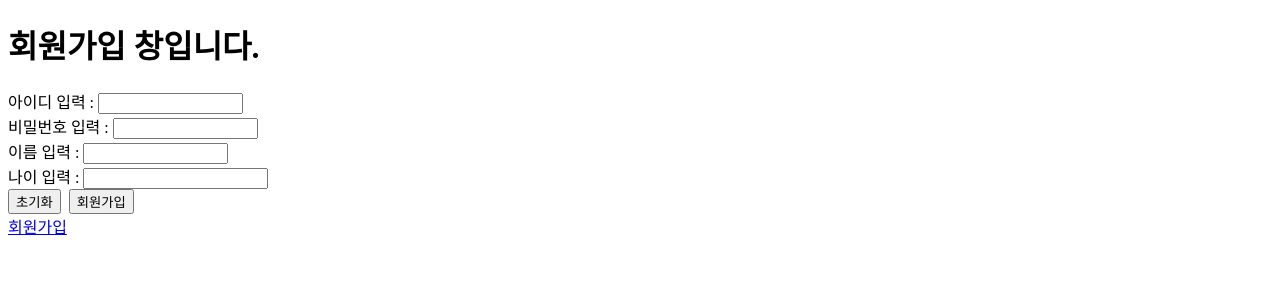
Repository: jungreul97/jsp_pracitce
Page: http://localhost/JSPBasic/JspObject/1.requests/req_join_form.jsp
An editor plug-in stored every save of this project. The page is shown before and after the next save, followed by the edit.
The browser window is 1280 px wide. The pictures show the whole page.
The page is served by Tomcat 9.

Above is the page before, as saved 2022-02-04 02:26:01.

After the next save:
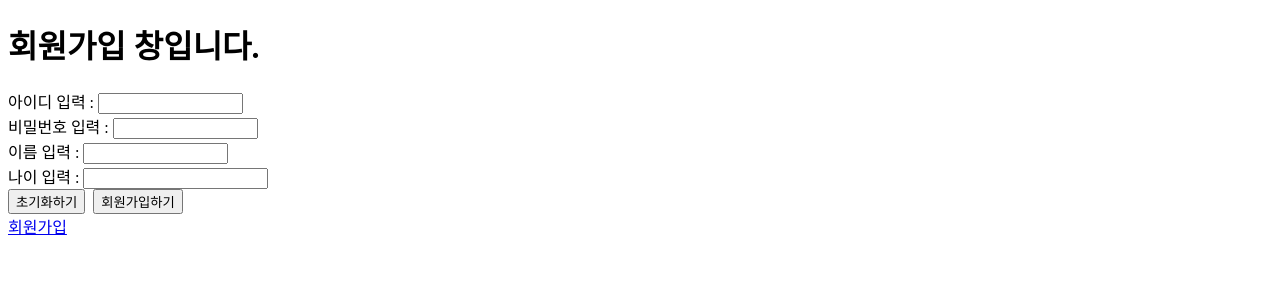
Saved 44 s later.
--- a/JSPBasic/src/main/webapp/JspObject/1.requests/req_join_form.jsp
+++ b/JSPBasic/src/main/webapp/JspObject/1.requests/req_join_form.jsp
@@ -13,8 +13,8 @@
 		비밀번호 입력 : <input type = "password" name = "pw" size = "15px"><br/>
 		이름 입력 : <input type = "text" name = "name" size = "15px"><br/>
 		나이 입력 : <input type = "number" name = "age" size = "15px"><br/>
-		<input type = "reset" value = "초기화">&nbsp;
-		<input type = "submit" value = "회원가입"><br/>
+		<input type = "reset" value = "초기화하기">&nbsp;
+		<input type = "submit" value = "회원가입하기"><br/>
 		<a href = "req_join_form.jsp">회원가입</a>
 	</form>
 </body>
